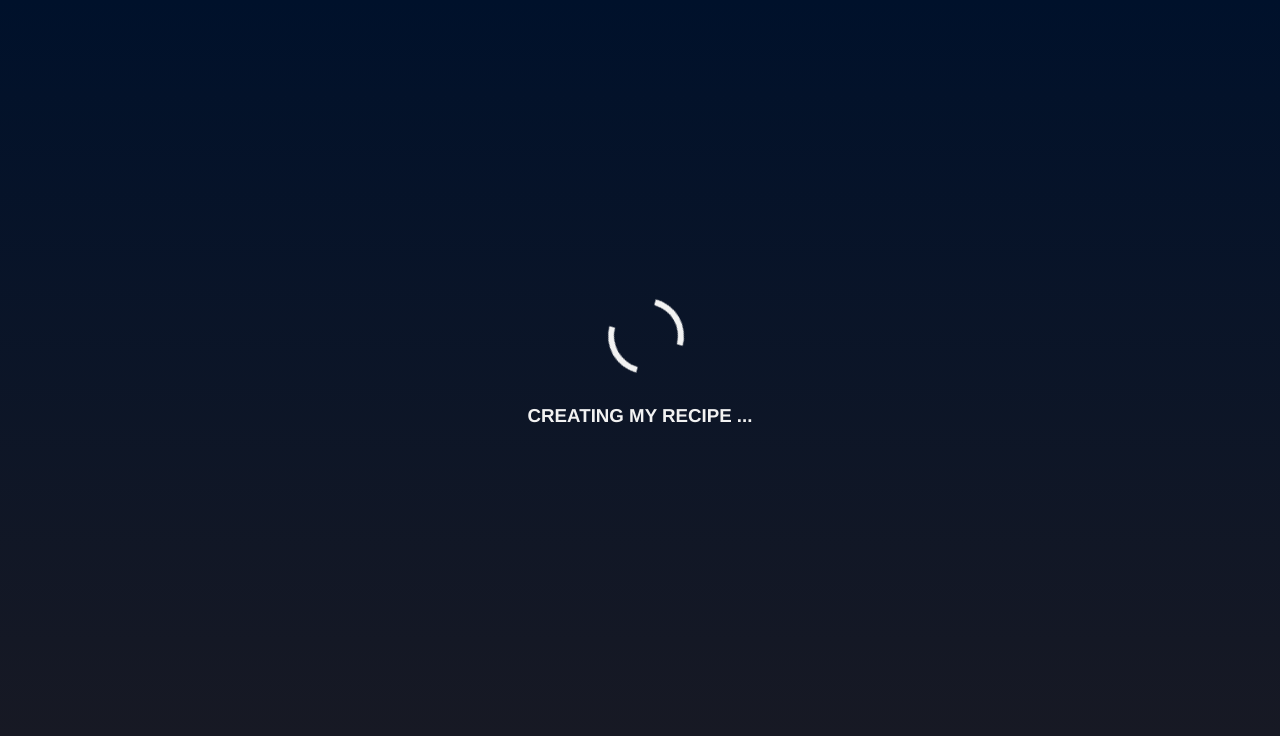
Repository: aitoraznar/eko-loading-page
Page: index.html
These files come from the project's save history. The page is drawn as it stood at one moment and after the next save; the edit follows.
The browser window is 1280 px wide. The pictures show the whole page.

Above is the page before, as saved 2019-08-09 14:53:57.

### index.html
<!DOCTYPE html>
<html lang="en">
  <head>
    <meta charset="utf-8" />
    <meta
      name="viewport"
      content="width=device-width, initial-scale=1.0, user-scalable=no"
    />
    <meta name="format-detection" content="telephone=no" />

    <style>
      body {
        background-image: linear-gradient(#00112b 0%, #171924 100%);
        font-family: Helvetica, Arial, sans-serif;
      }

      .container {
        display: flex;
        align-items: center;
        justify-content: center;
        flex-direction: column;
        height: 100vh;
      }

      .loading-container {
        display: flex;
        align-items: center;
        flex-direction: column;
      }

      .loading-container .spinner {
        margin: auto;
        margin-bottom: 1rem;
      }

      .loading-text {
        color: #f2f2f2;
      }

      .lds-dual-ring {
        display: inline-block;
        width: 80px;
        height: 80px;
        margin: auto;
      }
      .lds-dual-ring:after {
        content: " ";
        display: block;
        width: 64px;
        height: 64px;
        margin: 8px;
        border-radius: 50%;
        border: 6px solid #f2f2f2;
        border-color: #f2f2f2 transparent #f2f2f2 transparent;
        animation: lds-dual-ring 1.2s linear infinite;
      }
      @keyframes lds-dual-ring {
        0% {
          transform: rotate(0deg);
        }
        100% {
          transform: rotate(360deg);
        }
      }
    </style>
  </head>
  <body>
    <div class="container">
      <div class="loading-container">
        <div class="spinner lds-dual-ring"></div>
        <div class="loading-text center text-center">
          <h3>CREATING MY RECIPE ...</h3>
        </div>
      </div>
    </div>
  </body>
</html>

After the next save:
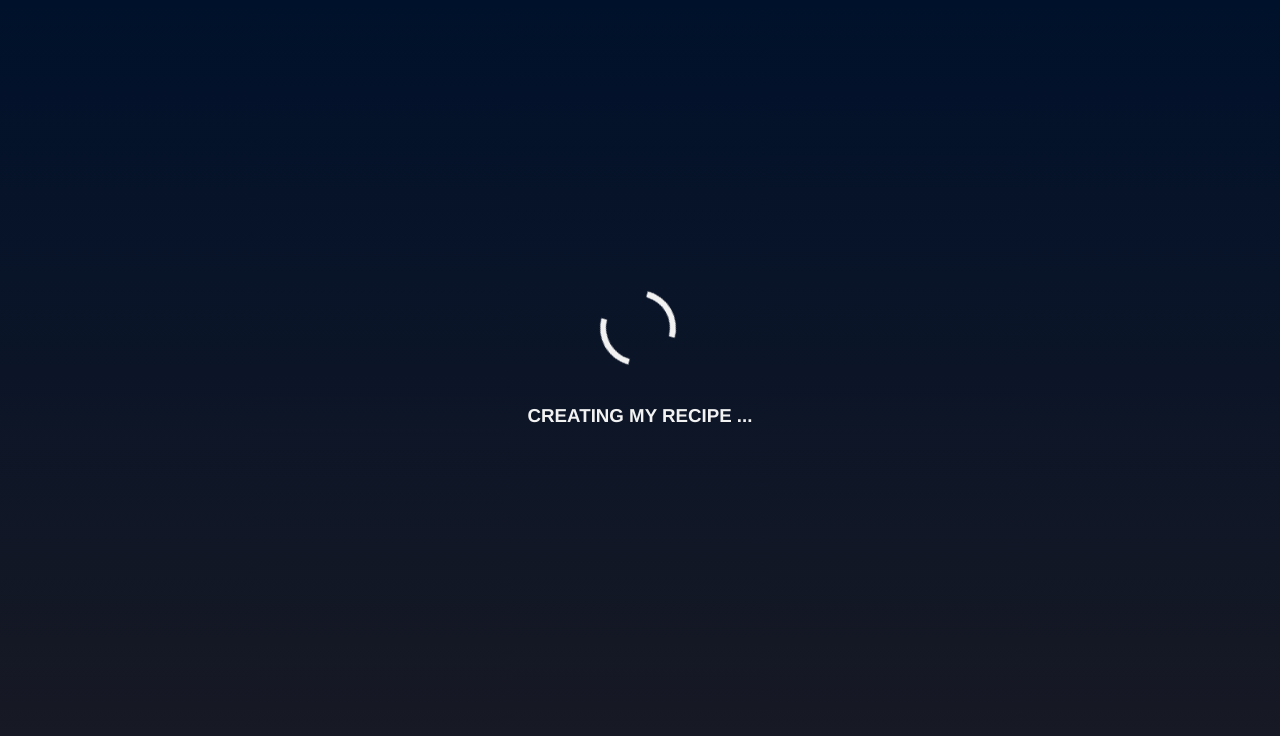
Saved 32 s later.
--- a/index.html
+++ b/index.html
@@ -48,7 +48,6 @@
         display: block;
         width: 64px;
         height: 64px;
-        margin: 8px;
         border-radius: 50%;
         border: 6px solid #f2f2f2;
         border-color: #f2f2f2 transparent #f2f2f2 transparent;
